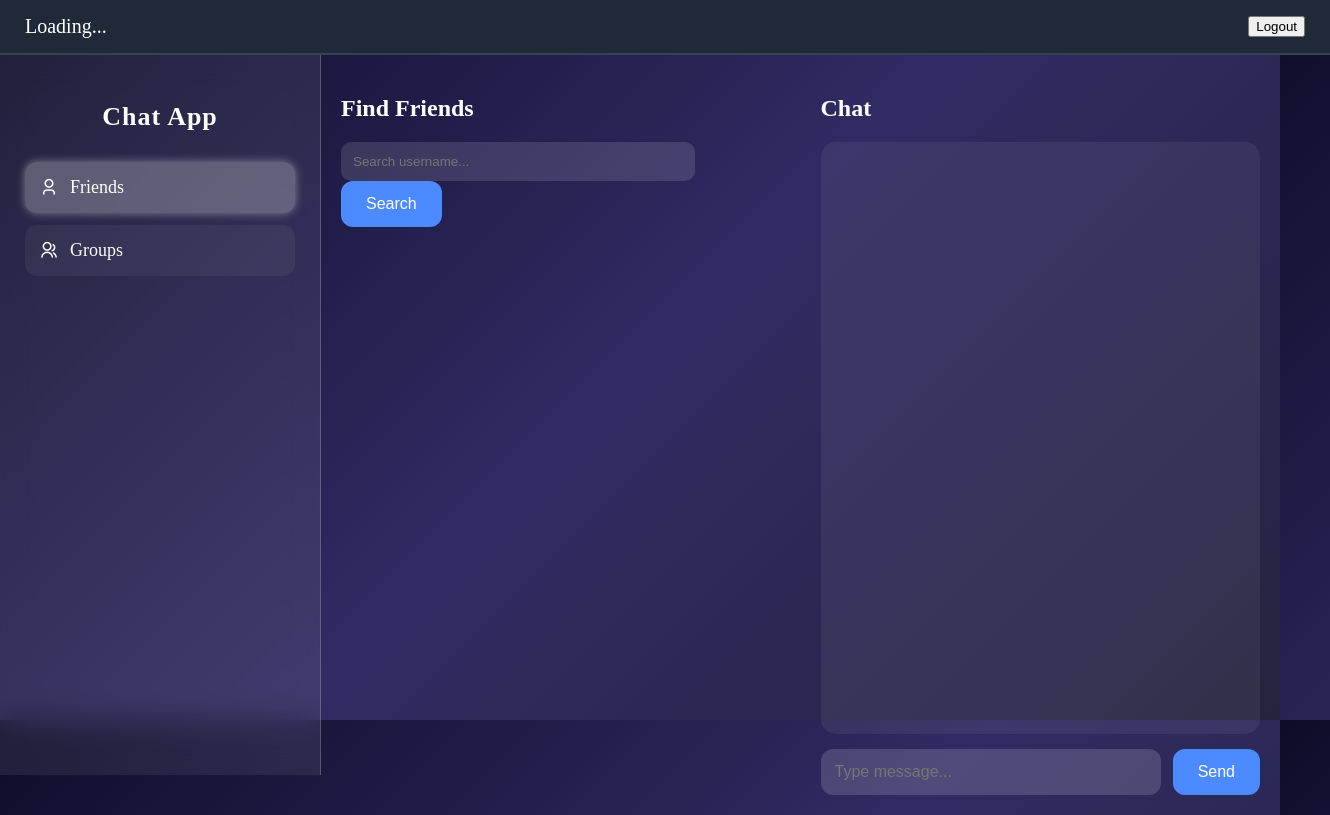
Repository: bharat132002/chat-app
Page: public/index.html
These files come from the project's save history. The page is drawn as it stood at one moment and after the next save; the edit follows.
The browser window is 1280 px wide. The page is 1330 px wide, so the pictures cover 1330 px, including what lies to the right of the window. The pictures show the whole page.

Above is the page before, as saved 2025-12-03 13:11:18.

After the next save:
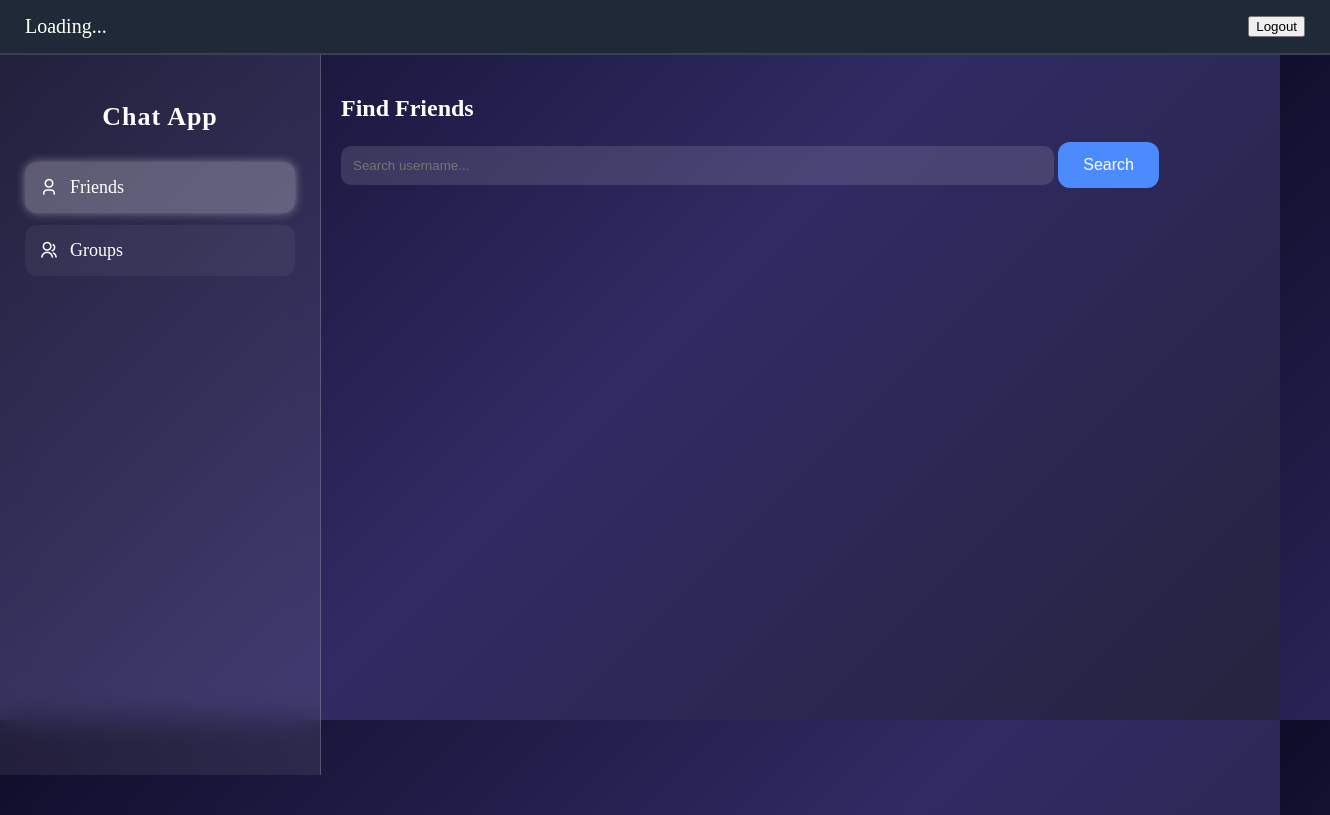
Saved 100 s later.
--- a/public/index.html
+++ b/public/index.html
@@ -208,7 +208,7 @@
     </div>
 
     <!-- CHAT WINDOW -->
-    <div class="screen" id="chatWindow">
+    <!-- <div class="screen" id="chatWindow">
         <h2 id="chatTitle">Chat</h2>
 
         <div id="messages"></div>
@@ -217,7 +217,7 @@
             <input type="text" id="msgInput" placeholder="Type message..." />
             <button class="send-btn" onclick="sendMsg()">Send</button>
         </div>
-    </div>
+    </div> -->
 
 </div>
 
